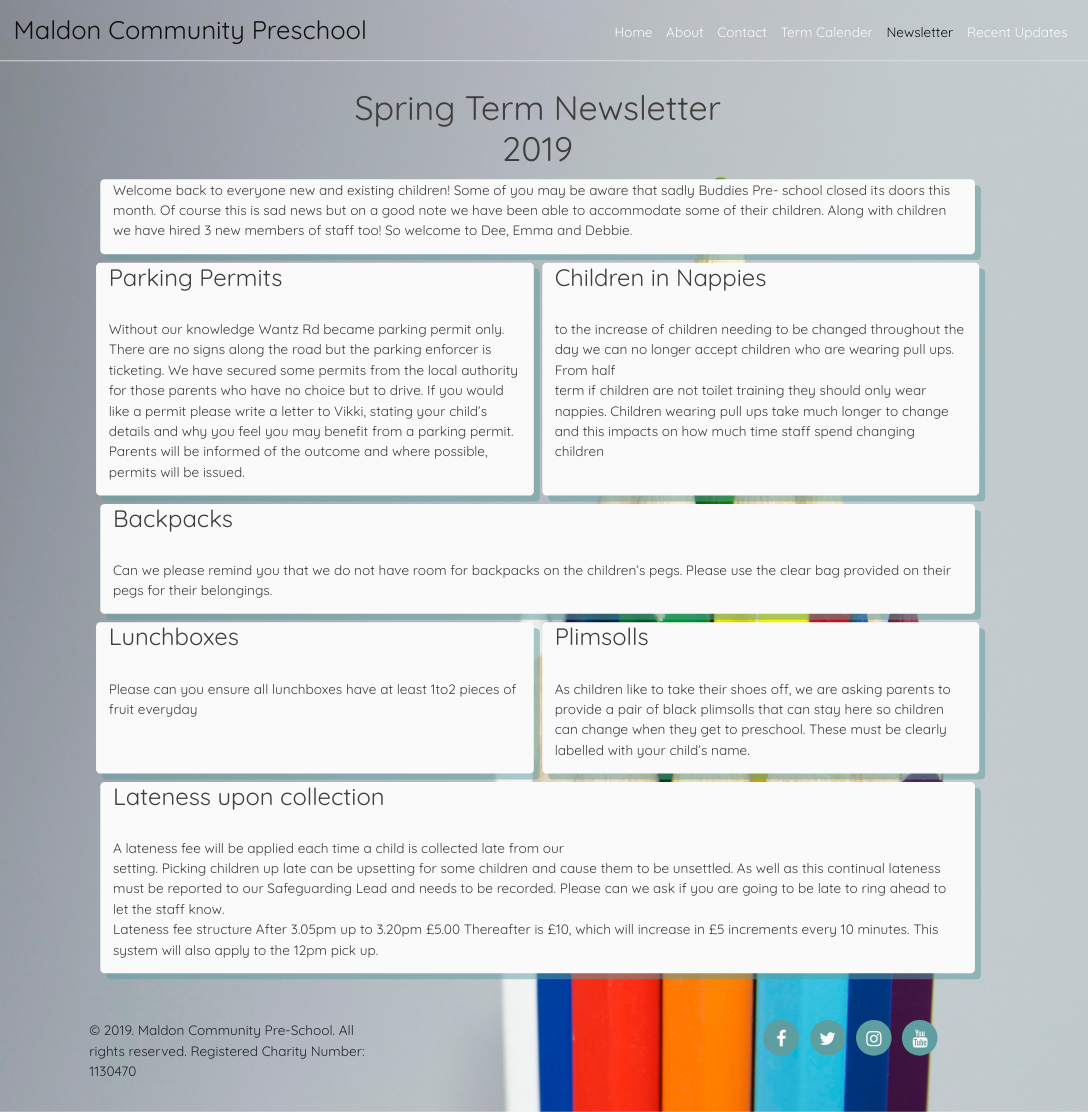
Repository: parkslee/milestone_1
Page: newsletter.html
The author's editor kept a record of every edit. The page is drawn from the files as they stood at one moment, then again after the next edit.
The browser window is 1280 px wide. The pictures show the whole page, at 85% of full size.
Some web libraries are served in a nearby version.

Above is the page before.

After the next edit:
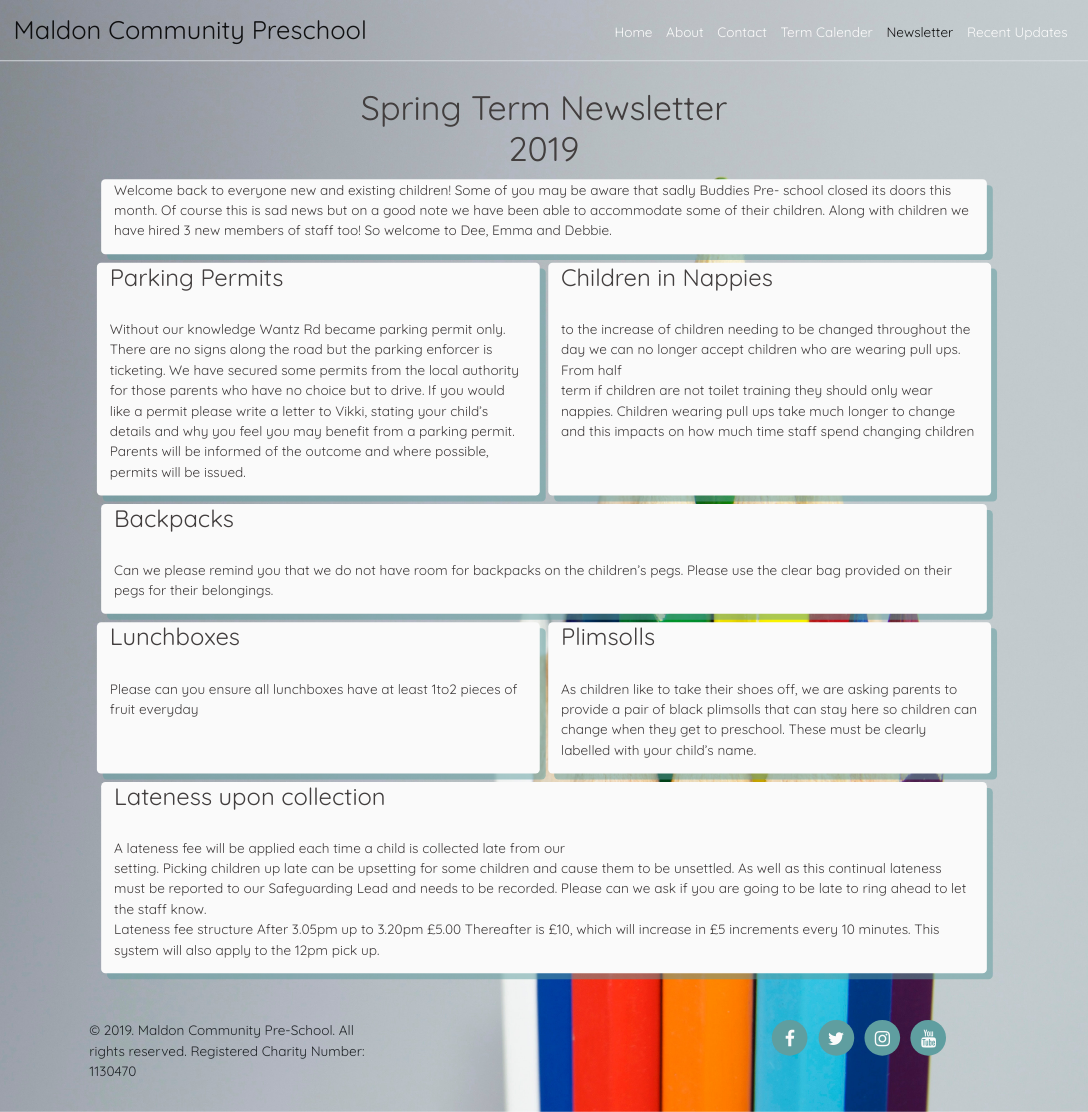
The edit:
--- a/assets/css/style.css
+++ b/assets/css/style.css
@@ -182,7 +182,7 @@
     color: black;
 }
 
-/*----------.row style adjusted to stop screen streching------*/
+/*----------.row style adjusted to stop screen streching------
 .row{
     margin-right: 0px;
 }-*/

After the 2 edits that followed:
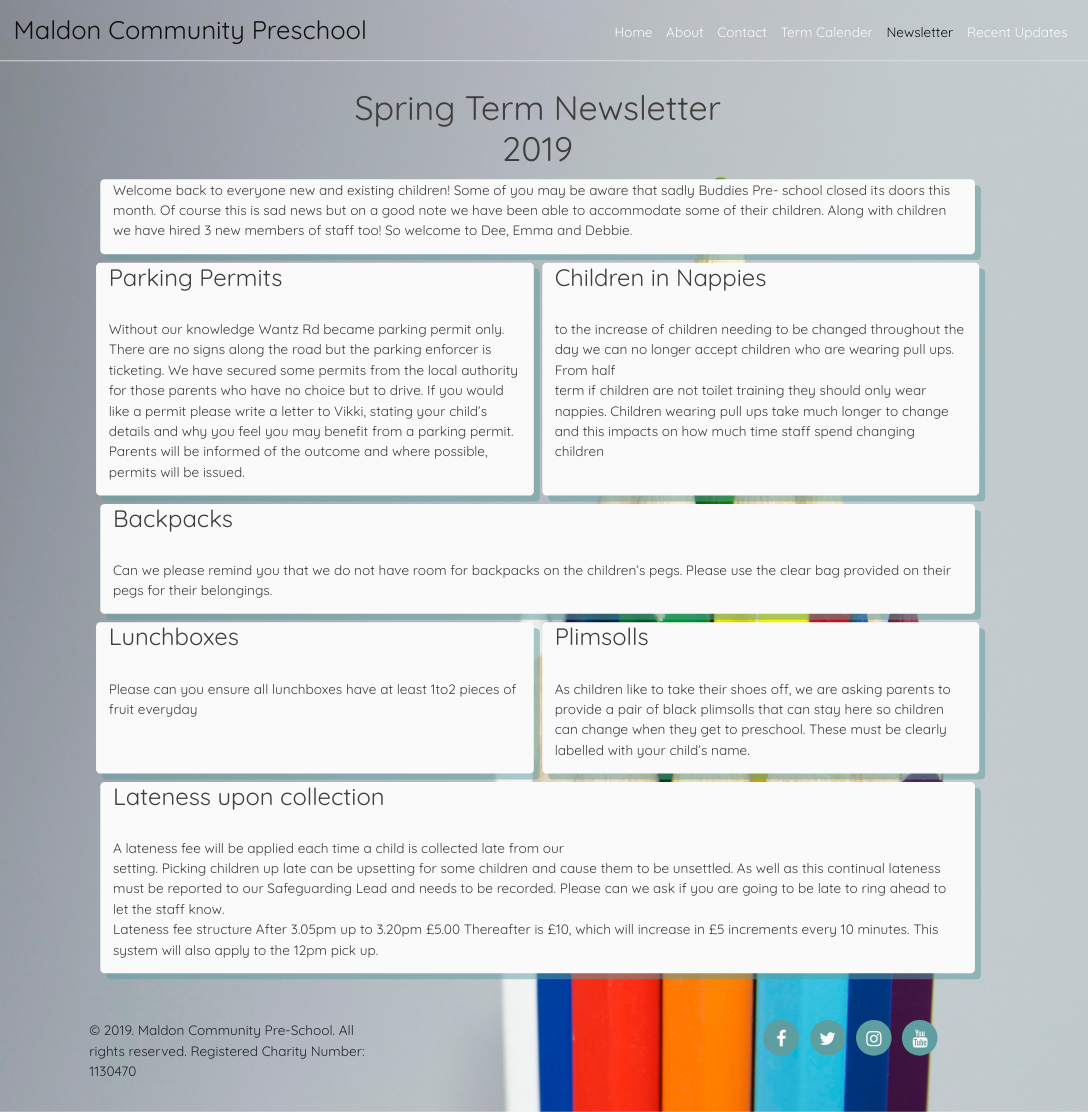
The 2 edits are shown as one change because 1 left the picture as it was.
The edit:
--- a/assets/css/style.css
+++ b/assets/css/style.css
@@ -182,10 +182,10 @@
     color: black;
 }
 
-/*----------.row style adjusted to stop screen streching------
+/*----------.row style adjusted to stop screen streching------*/
 .row{
     margin-right: 0px;
-}-*/
+}
 
 .bg-light-about {
 background-color: #fafafa !important;
